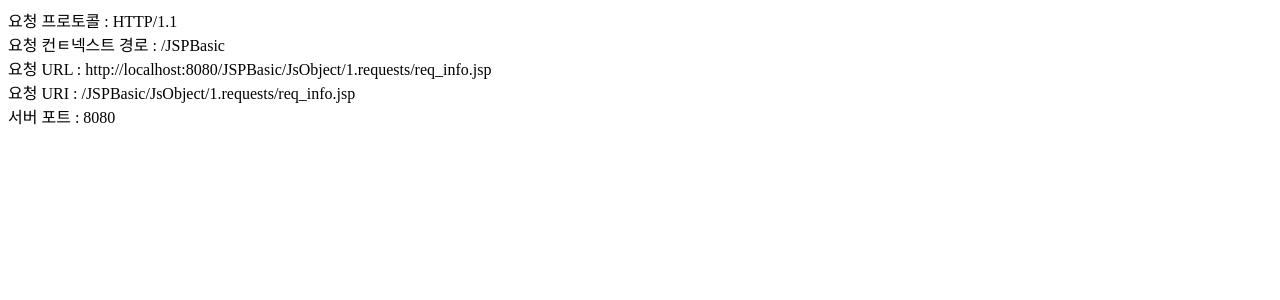
Repository: Kimhwawon/jsp_practice
Page: http://localhost/JSPBasic/JsObject/1.requests/req_info.jsp
The author's editor kept a copy of each file at every save. The page is drawn from the files as they stood at one save, then again after the next save.
The browser window is 1280 px wide. The pictures show the whole page.
The page is served by Tomcat 9.

Above is the page before, as saved 2022-02-03 05:17:25.

After the next save:
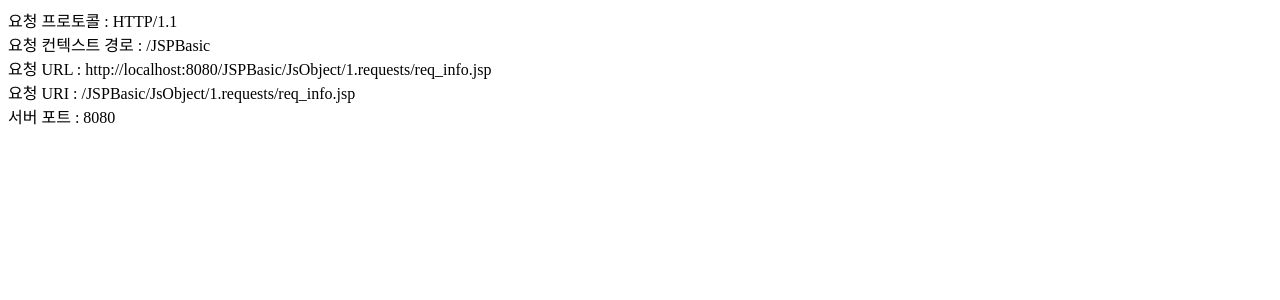
Saved 2 min 24 s later.
--- a/JSPBasic/src/main/webapp/JsObject/1.requests/req_info.jsp
+++ b/JSPBasic/src/main/webapp/JsObject/1.requests/req_info.jsp
@@ -16,7 +16,7 @@
 </head>
 <body>
 	요청 프로토콜 : <%= protocol %><br/>
-	요청 컨ㅌ넥스트 경로 : <%= conPath %> <br/>
+	요청 컨텍스트 경로 : <%= conPath %> <br/>
 	요청 URL : <%=reqUrl %><br/>
 	요청 URI : <%= reqUri %><br/>
 	서버 포트 : <%= serverPort %>
